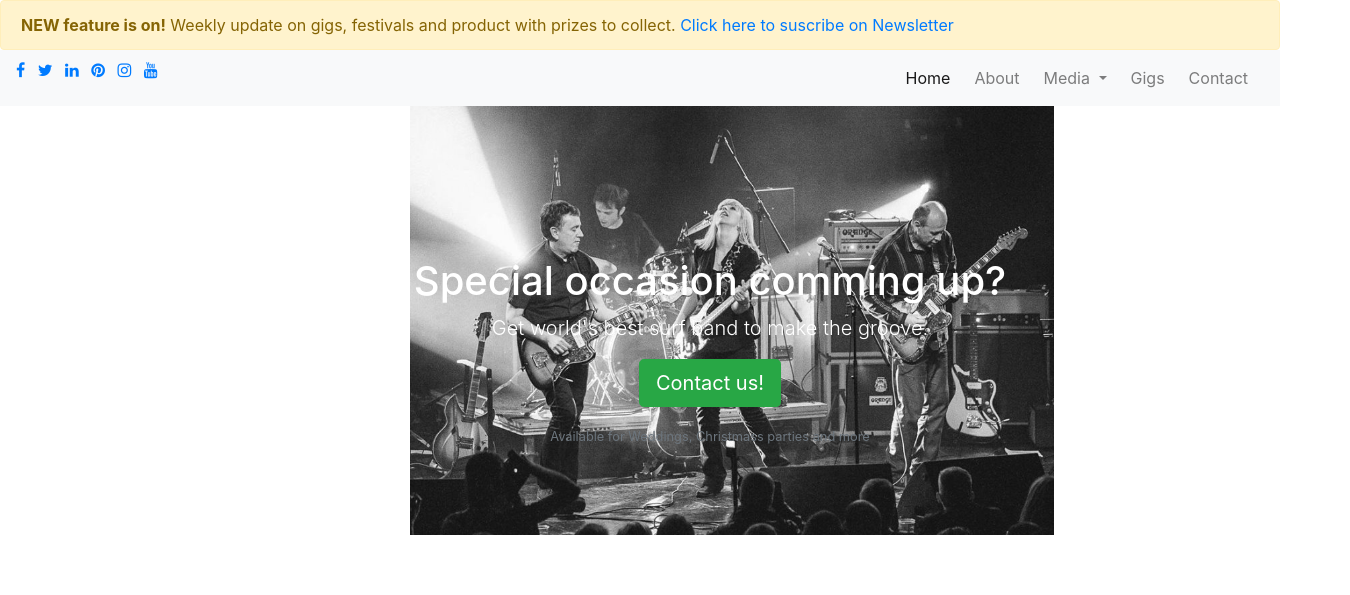
Repository: NamcorStudent/Stream_1_Project_HTML5-CSS3
Page: index.html
The author's editor kept a record of every edit. The page is drawn from the files as they stood at one moment, then again after the next edit.
The browser window is 1280 px wide. The page is 1350 px wide, then 1295 px, so the pictures cover 1350 px, including what lies to the right of the window. The pictures show the whole page.
Some web libraries are served in a nearby version.

Above is the page before.

### index.html
<!DOCTYPE html>
<html lang="en">

<head>
    <meta charset="UTF-8">
    <meta name="viewport" content="width=device-width, initial-scale=1.0">
    <meta http-equiv="X-UA-Compatible" content="ie=edge">
    <link rel="stylesheet" href="https://maxcdn.bootstrapcdn.com/bootstrap/4.2.1/css/bootstrap.min.css" type="text/css" />
    <link rel="stylesheet" href="https://maxcdn.bootstrapcdn.com/font-awesome/4.7.0/css/font-awesome.min.css" type="text/css" />
    <link rel="stylesheet" href="assets/css/style.css" type="text/css" />
    <title>The Bambi Molesters | Official</title>
</head>

<body>
    <!--Alert for subscription-->
    <div class="container-fluid alert-container">
        <div class="row d-none d-sm-block">
            <div class="col-12">
                <div class="alert alert-warning">
                    <strong>NEW feature is on!</strong> Weekly update on gigs, festivals and product with prizes to collect. <a href="#" data-toggle="modal" data-target="#signUpModal">Click here to suscribe on Newsletter</a>
                </div>
            </div>
        </div>
    </div>
    <!--Nav-->
    <nav class="navbar navbar-light navbar-expand-sm bg-light">
        <div class="social-links mr-auto">
            <ul class="list-inline social-links">
                <li class="list-inline-item">
                    <a target="_blank" href="#">
                            <i class="fa fa-facebook" aria-hidden="true"></i>
                            <span class="sr-only">Facebook</span>
                        </a>
                </li>
                <li class="list-inline-item">
                    <a target="_blank" href="#">
                            <i class="fa fa-twitter" aria-hidden="true"></i>
                            <span class="sr-only">Twitter</span>
                        </a>
                </li>
                <li class="list-inline-item">
                    <a target="_blank" href="#">
                            <i class="fa fa-linkedin" aria-hidden="true"></i>
                            <span class="sr-only">LinkedIn</span>
                        </a>
                </li>
                <li class="list-inline-item">
                    <a target="_blank" href="#">
                            <i class="fa fa-pinterest" aria-hidden="true"></i>
                            <span class="sr-only">Pinterest</span>
                        </a>
                </li>
                <li class="list-inline-item">
                    <a target="_blank" href="#">
                            <i class="fa fa-instagram" aria-hidden="true"></i>
                            <span class="sr-only">Instagram</span>
                        </a>
                </li>
                <li class="list-inline-item">
                    <a target="_blank" href="#">
                            <i class="fa fa-youtube" aria-hidden="true"></i>
                            <span class="sr-only">YouTube</span>
                        </a>
                </li>
            </ul>
        </div>
        <button class="navbar-toggler" type="button" data-toggle="collapse" data-target="#navbarTogglerDropdown" aria-controls="navbarTogglerDemo02" aria-expanded="false" aria-label="Toggle navigation">
            <span class="navbar-toggler-icon"></span>
            </button>

        <div class="collapse navbar-collapse" id="navbarTogglerDropdown">
            <ul class="navbar-nav ml-auto">
                <li class="active nav-item mr-2"><a class="nav-link" href="/">Home</a></li>
                <li class="nav-item mr-2"><a class="nav-link" href="">About</a></li>
                <li class="nav-item dropdown mr-2">
                    <a class="nav-link dropdown-toggle" href="#" id="navbarDropdownMenuLink" role="button" data-toggle="dropdown" aria-haspopup="true" aria-expanded="false">
          Media
        </a>
                    <div class="dropdown-menu" aria-labelledby="navbarDropdownMenuLink">
                        <a class="dropdown-item" href="#">Video</a>
                        <a class="dropdown-item" href="#">Music</a>
                        <a class="dropdown-item" href="#">Gallery</a>
                    </div>
                </li>
                <li class="nav-item mr-2"><a class="nav-link" href="">Gigs</a></li>
                <li class="nav-item mr-2"><a class="nav-link" href="">Contact</a></li>
                <li class="nav-item mr-2 d-block d-sm-none"><a class="nav-link" href="#" data-toggle="modal" data-target="#signUpModal">Suscribe!!!</a></li>
            </ul>
        </div>
    </nav>


    <!-- Callout -->
    <div class="container callout-container">

        <div class="row">
            <div class="col-12 col-sm-10 offset-1 hero-image">
                <img src="assets/images/index960x640.jpg"></img>
            </div>
            <div class=" col-12 callout jumbotron text-center">
                <h1>Special occasion comming up?</h1>
                <p class="lead">Get world's best surf band to make the groove.</p>
                <p><button class="btn btn-lg btn-success" data-toggle="modal" data-target="#signUpModal">Contact us!</button></p>
                <p class="text-muted"><small>Available for Weddings, Christmass parties and more</small></p>
            </div>
        </div>
    </div>
    <!-- /.callout -->

    <!---Modal for subscription-->
    <div class="modal" tabindex="-1" role="dialog" id="signUpModal">
        <div class="modal-dialog" role="document">
            <div class="modal-content">
                <div class="modal-header">
                    <h5 class="modal-title">Sign Up To Whiskey Drop!</h5>
                    <button type="button" class="close" data-dismiss="modal" aria-label="Close">
          <span aria-hidden="true">&times;</span>
        </button>
                </div>
                <div class="modal-body">
                    <form>
                        <div class="form-group">
                            <label for="exampleInputEmail1">Email address</label>
                            <input type="email" class="form-control" id="exampleInputEmail1" aria-describedby="emailHelp" placeholder="Enter email">
                            <small id="emailHelp" class="form-text text-muted">We'll never share your email with anyone else.</small>
                        </div>
                        <div class="form-group">
                            <label for="password">Password</label>
                            <input type="password" class="form-control" id="password" placeholder="Password">
                        </div>
                        <div class="form-group">
                            <label for="repeatPassword">Repeat Password</label>
                            <input type="password" class="form-control" id="repeatPassword" placeholder="Repeat Password">
                        </div>
                        <button type="submit" class="btn btn-success">Submit</button>
                    </form>
                </div>
            </div>
        </div>
    </div>

    <script src="https://code.jquery.com/jquery-3.3.1.slim.min.js" integrity="sha384-q8i/X+965DzO0rT7abK41JStQIAqVgRVzpbzo5smXKp4YfRvH+8abtTE1Pi6jizo" crossorigin="anonymous"></script>
    <script src="https://cdnjs.cloudflare.com/ajax/libs/popper.js/1.14.7/umd/popper.min.js" integrity="sha384-UO2eT0CpHqdSJQ6hJty5KVphtPhzWj9WO1clHTMGa3JDZwrnQq4sF86dIHNDz0W1" crossorigin="anonymous"></script>
    <script src="https://stackpath.bootstrapcdn.com/bootstrap/4.3.1/js/bootstrap.min.js" integrity="sha384-JjSmVgyd0p3pXB1rRibZUAYoIIy6OrQ6VrjIEaFf/nJGzIxFDsf4x0xIM+B07jRM" crossorigin="anonymous"></script>
</body>

</html>

### assets/css/style.css
@import url('https://fonts.googleapis.com/css?family=Oswald:100,200,300,400,500,600,700,800,900 | Ubuntu: 100,200,300,400,500,600,700,800,900');

.alert-container {
    padding: 0;
    margin: 0;
    border: 0;
}

.alert-warning {
    margin: 0;
}

.nav {
    background-color: #fff;
}

.callout-container {
    /*height: 80vh;*/
    max-height: 450px;
    overflow: hidden;
}

.callout-container img {
    width: 70%;
    margin-left: 25%;
}

.hero-image {
    position: relative;
    left: 0;

}

.jumbotron {
    position: absolute;
    background-color: transparent;
    color: white;
    margin: 0;
    top: 50%;
    -moz-transform: translateY(-50%);
    -webkit-transform: translateY(-50%);
    -o-transform: translateY(-50%);
    transform: translateY(-50%);
}

After the next edit:
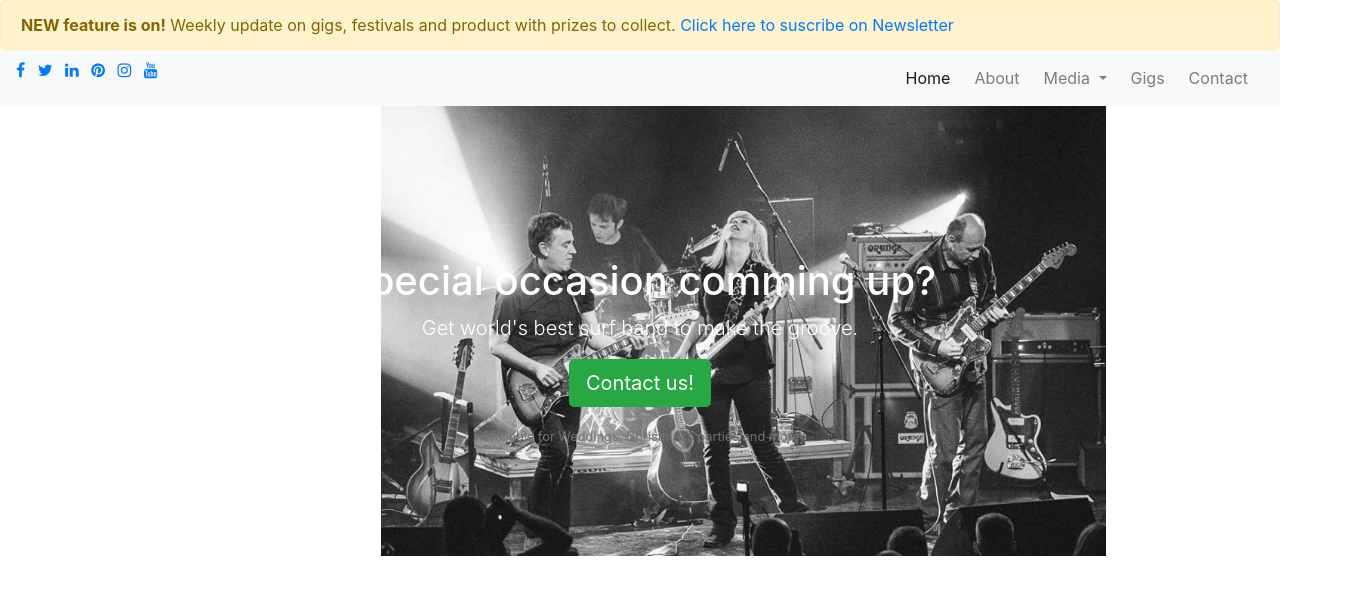
The edit:
--- a/index.html
+++ b/index.html
@@ -91,7 +91,7 @@
 
 
     <!-- Callout -->
-    <div class="container callout-container">
+    <div class="container-fluid callout-container">
 
         <div class="row">
             <div class="col-12 col-sm-10 offset-1 hero-image">
